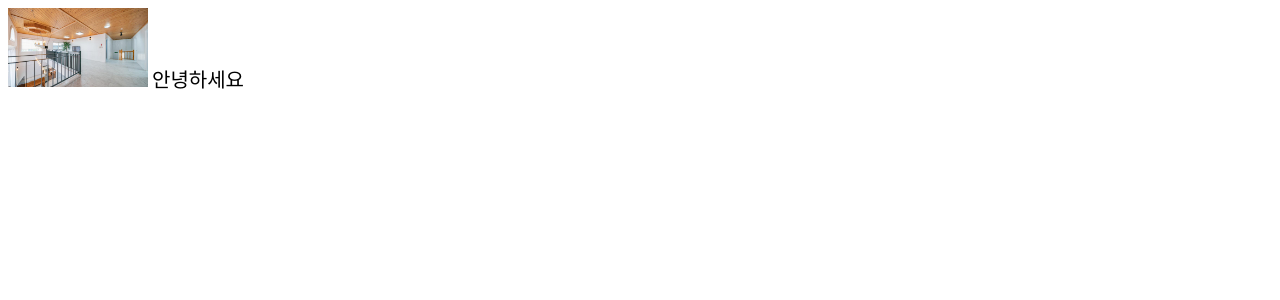
Repository: balsohn/adminshop
Page: http://localhost/jquery/0805/showHide.jsp
The author's editor kept a copy of each file at every save. The page is drawn from the files as they stood at one save, then again after the next save.
The browser window is 1280 px wide. The pictures show the whole page.
The page is served by Tomcat 9.

Above is the page before, as saved 2024-08-20 08:10:04.

After the next save:
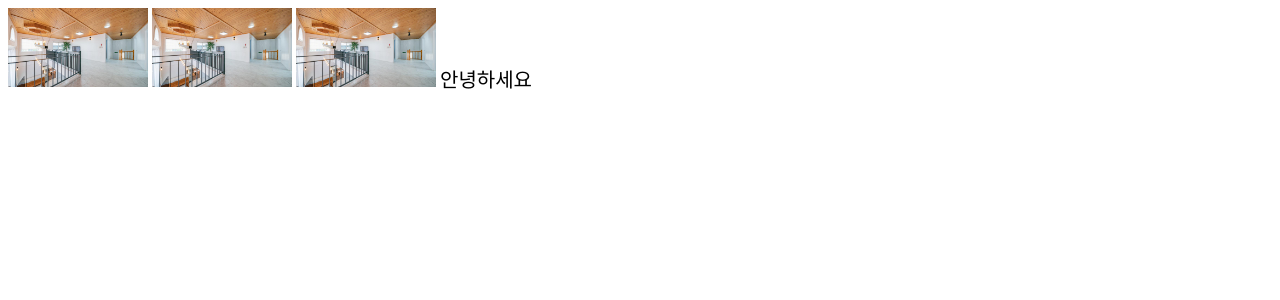
Saved 27 s later.
--- a/work/jquery/src/main/webapp/0805/showHide.jsp
+++ b/work/jquery/src/main/webapp/0805/showHide.jsp
@@ -20,6 +20,8 @@
 </head>
 <body>
 	<img src="1-1.jpg" width="140">
+	<img src="1-1.jpg" width="140">
+	<img src="1-1.jpg" width="140">
 	<span style="font-size: 20px;">안녕하세요</span>
 </body>
 </html>
